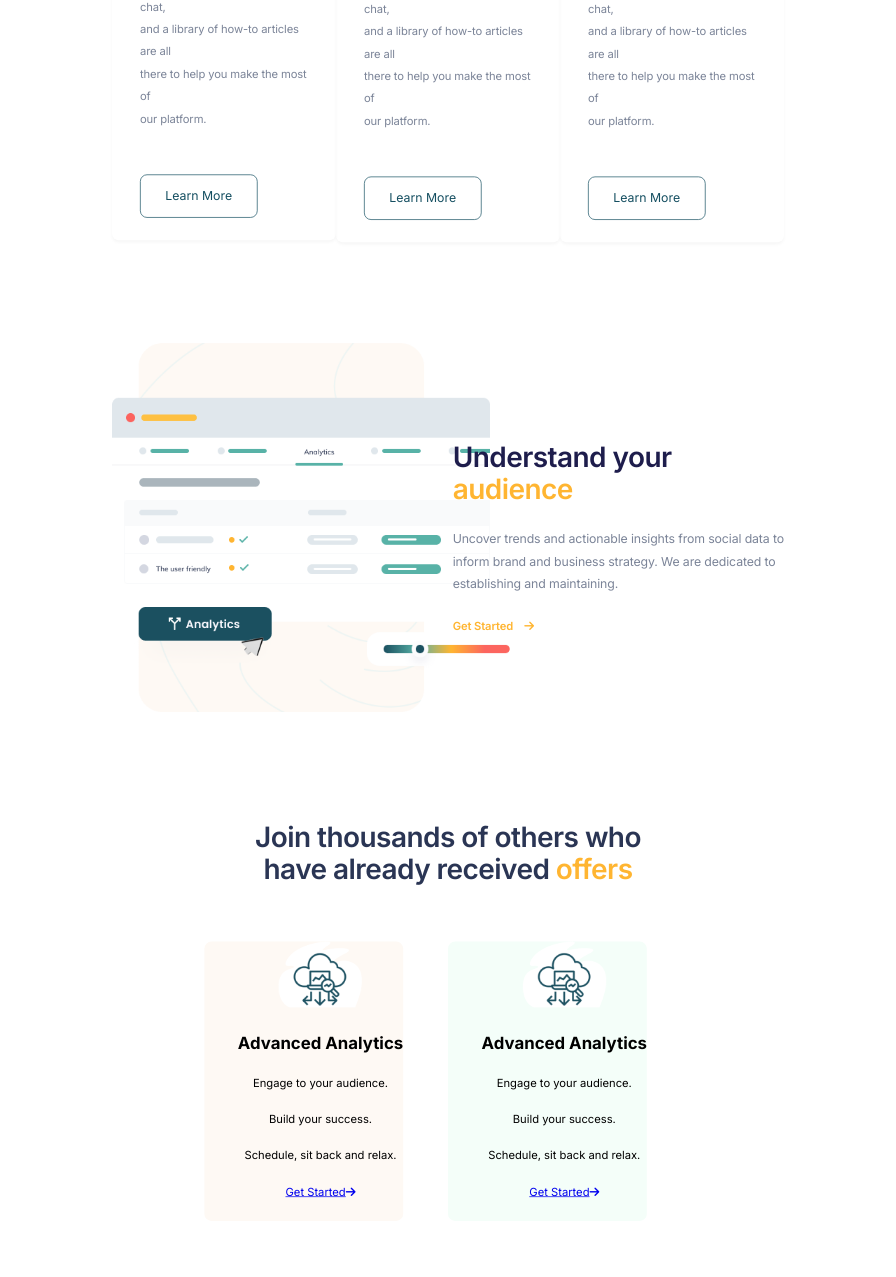
Repository: badhon252/Clickbay
Page: index.html
The author's editor kept a copy of each file at every save. The page is drawn from the files as they stood at one save, then again after the next save.
The browser window is 1280 px wide. The pictures show the part of the page from y = 1703 to 3623 px (the page is 3527 px tall before and 3623 px after), at 70% of full size.
The style sheet was rebuilt from its Sass, Less or Tailwind sources for each picture, by a compiler version that may differ from the author's.

Above is the page before, as saved 2022-09-05 03:19:06.

### index.html
<!DOCTYPE html>
<html lang="en">

<head>
    <meta charset="UTF-8">
    <meta http-equiv="X-UA-Compatible" content="IE=edge">
    <meta name="viewport" content="width=device-width, initial-scale=1.0">
    <!-- fontawesome cdn  -->
    <link rel="stylesheet" href="https://cdnjs.cloudflare.com/ajax/libs/font-awesome/6.2.0/css/all.min.css">
    <link rel="stylesheet" href="./scss/style.css">
    <title>Clickbay</title>
</head>

<body>
    <header class="">
        <img src="./images/Group 676.svg" alt="" class="header-img">
        <div class="container">


            <nav class="navbar">
                <div class="navbar_brand">
                    <img src="./images/logo.svg" alt="Image not found!">
                </div>

                <ul class="nav">
                    <li class="nav-items"><a href="" class="nav-links">Solutions</a></li>
                    <li class="nav-items"><a href="" class="nav-links">Company</a></li>
                    <li class="nav-items"><a href="" class="nav-links">Platform</a></li>
                </ul>

                <div class="nav-btns">
                    <button class="btn nav-log">Log in</button>
                    <button class="btn nav-start">Get Started</button>
                </div>
            </nav>

            <div class="header-content">
                <h1 class="h1 my-4 text-center">
                    Perfect media with <br> perfect Partner , we!!
                </h1>
                <img src="./images/Vector 735.png" alt="" class="signature text-center">
                <p class="text-center">Collaborate with your clients and teams to plan, post, and measure.</p>

                <div class="company-stat">
                    <div class="row">
                        <div class="col-md-4">
                            <img src="./images/Group 689.png" class="" alt="">
                        </div>
                        <div class="col-md-4 subscriber">
                            <span class="">+99</span>
                            <div>
                                <h2>People subscribed today</h2>
                                <img src="./images/Group 678.png" alt="">
                            </div>
                        </div>
                        <div class="col-md-4 follow">
                            <div class="follower">

                                <img src="./images/Group 1037.svg" alt="">
                                <div>
                                    <h3>2.938</h3>
                                    <p>Followers gained after this post</p>
                                </div>
                            </div>
                            <div class="following">
                                <img src="./images/Group 1041.svg" alt="">
                            </div>
                        </div>
                    </div>
                </div>

                <img src="./images/Group 933.png" alt="" class="group-933">

            </div>
        </div>
    </header>

    <section class="second_section container">
        <h2 class="h2 my-3">
            Streamline your social media <br> management <span> workflow.</span>
        </h2>
        <div class="row">

            <div class="card">
                <img src="./images/Show.svg" class="my-1" alt="">
                <h3 class="my-1">Post review</h3>
                <p class="my-1">Regular training webinars, live chat, <br> and a library of how-to articles are all<br>
                    there to help
                    you make
                    the most of<br> our platform.</p><button class="btn">
                    <a href="#">Learn More</a>
                </button>
            </div>

            <div class="card">
                <img src="./images/Category.svg" class="my-1" alt="">
                <h3 class="my-1">Smart Queues</h3>
                <p class="my-1">Regular training webinars, live chat, <br> and a library of how-to articles are all<br>
                    there to help
                    you make
                    the most of<br> our platform.</p><button class="btn">
                    <a href="#">Learn More</a>
                </button>
            </div>

            <div class="card">
                <img src="./images/Chart.svg" class="my-1" alt="">
                <h3 class="my-1">Smart Queues</h3>
                <p class="my-1">Regular training webinars, live chat, <br> and a library of how-to articles are all<br>
                    there to help
                    you make
                    the most of<br> our platform.</p><button class="btn">
                    <a href="#">Learn More</a>
                </button>
            </div>

        </div>

    </section>

    <section class="third_section container">
        <div class="row my-5">
            <div class="col-md-6"><img src="./images/Group 703.png" alt=""></div>
            <div class="col-md-6 third_section_texts">
                <h2 class="my-2">Understand your <br> <span> audience</span> </h2>
                <p>Uncover trends and actionable insights from social data to <br>inform brand and business strategy.
                    We are
                    dedicated to
                    <br>establishing and maintaining.
                </p>
                <div class="my-2">
                    <a href="#">Get Started<i class="fa-solid fa-arrow-right"></i></a>
                </div>
            </div>
        </div>
    </section>

    <section class="fourth_section container">
        <h1 class="my-3">Join thousands of others who <br> have already received <span> offers</span> </h1>
        <div class="row my-5">
            <div class="col-md-6 card analytics">
                <img src="./images/Group 951.png" alt="">
                <h2 class="my-2">
                    Advanced Analytics
                </h2>
                <p class="my-2">Engage to your audience.</p>
                <p class="my-2">Build your success.</p>
                <p class="my-2">Schedule, sit back and relax.</p>

                <div class="my-2">
                    <a href="#">Get Started<i class="fa-solid fa-arrow-right"></i></a>
                </div>
            </div>
            <div class="col-md-6 card ideas">
                <img src="./images/Group 951.png" alt="">
                <h2 class="my-2">
                    Advanced Analytics
                </h2>
                <p class="my-2">Engage to your audience.</p>
                <p class="my-2">Build your success.</p>
                <p class="my-2">Schedule, sit back and relax.</p>

                <div class="my-2">
                    <a href="#">Get Started<i class="fa-solid fa-arrow-right"></i></a>
                </div>
            </div>
        </div>
    </section>
</body>

</html>

### scss/style.scss
@import url("https://fonts.googleapis.com/css2?family=Inter:wght@400;600;700;800;900&display=swap");
* {
  margin: 0;
  padding: 0;
  box-sizing: border-box;
  font-family: "Inter", sans-serif;
  // font-family: 'Poppins';
}
.container {
  margin: 0 10rem;
}
.btn {
  outline: none;
  border: none;
  padding: 15px 30px;
  font-size: 1rem;
  background-color: transparent;
  cursor: pointer;
}
.h1 {
  font-size: 4rem;
}
.text-center {
  text-align: center;
}
// margin
.my-1 {
  margin: 1rem 0;
}
.my-2 {
  margin: 2rem 0;
}
.my-3 {
  margin: 3rem 0;
}
.my-4 {
  margin: 4rem 0;
}
.my-5 {
  margin: 5rem 0;
}

span {
  color: #ffb531;
}
// grid system using flex
.row {
  display: flex;
  justify-content: space-between;
  max-width: 100%;
  .col-md-6 {
    max-width: 50%;
  }
}
//==============================
//===================
//==============================

header {
  .row {
    display: flex;
    justify-content: space-evenly;
    align-items: center;
  }
  background-color: #fdf9f4;
  min-height: 100vh;
  position: relative;
  overflow: hidden;

  .header-img {
    position: absolute;
    bottom: 0;
    right: 0;
    z-index: 1;
    width: 100%;
  }
  .navbar {
    color: #282b4d;
    padding: 2rem 0;
    display: flex;
    justify-content: space-between;
    align-items: center;
    font-weight: 500;
    .nav {
      display: flex;
      .nav-items {
        margin-left: 3rem;
        list-style-type: none;
        .nav-links {
          text-decoration: none;
          color: black;
          font-size: 1.1rem;
          font-weight: 500;
        }
      }
    }

    .nav-start {
      border: 1px solid #1a5365;
      box-shadow: 0px 25px 35px -20px rgba(232, 236, 243, 0.5);
      border-radius: 10px;
      color: #154f61;
      font-weight: 600;
      margin-left: 10px;
    }
  }

  .header-content {
    .h1 {
      font-weight: 800;
      margin-bottom: -0.6rem;
      color: #12163c;
    }
    .signature {
      display: block;
      margin: 0 auto;
      transform: translateX(217px);
    }
    p {
      font-size: 1.2rem;
      font-weight: 500;
      line-height: 27px;
      color: #12163c94;
    }

    .company-stat {
      transform: translateY(-120px);
      .subscriber {
        display: flex;
        align-items: center;
        background-color: #fff;
        padding: 1.5rem;
        border-radius: 22px;
        span {
          font-weight: 600;
          font-size: 40px;
          line-height: 60px;
          background-color: #fef9f4;
          color: #ffb531;
          padding: 10px;
          border-radius: 15px;
          margin-right: 1.5rem;
        }
        h2 {
          font-size: 1.1rem;
          font-weight: 600;
          padding-bottom: 1rem;
        }
      }

      .follow {
        position: relative;
        z-index: 11;

        .follower {
          display: flex;
          align-items: center;
          background-color: #fff;
          padding: 1.5rem;
          border-radius: 22px;
          img {
            padding-right: 1rem;
          }
          h3 {
            font-size: 1.1rem;
          }
          p {
            font-size: 14px;
          }
        }
        .following {
          position: absolute;
          top: 42px;
          right: -70px;
        }
      }
    }

    .group-933 {
      position: relative;
      margin: 0 auto;
      top: -240px;
      display: block;
      z-index: 9999;
    }
  }
}

.second_section {
  padding: 4rem 0;
  .row {
    display: flex;
    justify-content: space-between;
    align-items: center;
  }
  h2 {
    font-size: 2.5rem;
    font-weight: 600;
    span {
      color: #ffb531;
    }
  }

  .card {
    padding: 1rem 2.5rem;
    border-radius: 10px;

    box-shadow: rgba(0, 0, 0, 0.04) 0px 3px 5px;
    &:hover {
      box-shadow: rgba(17, 17, 26, 0.05) 0px 4px 16px,
        rgba(17, 17, 26, 0.05) 0px 8px 32px;
    }
    img {
      background-color: #336675;
      padding: 1rem;
      border-radius: 50%;
    }

    h3 {
      font-size: 1.4rem;
      font-weight: 600;
      line-height: 29px;
    }

    p {
      line-height: 32px;
      letter-spacing: -0.01em;
      color: #7b8498;
      margin-bottom: 3rem;
    }

    .btn {
      border: 1px solid #1a5365;
      border-radius: 10px;
      padding: 15px 35px;
      margin: 1rem 0;
      // display: none;

      &:hover {
        background-color: #000;
      }
      &:hover a {
        background-color: #000;
        color: #fff;
      }
      a {
        text-decoration: none;
        color: #154f61;
        line-height: 30px;
        font-size: 1.1rem;
        &:hover {
          background-color: #000;
          color: #fff;
        }
      }
    }
    // &:hover .btn {
    //   display: block;
    // }
  }
}

.third_section {
  overflow: hidden;

  h2 {
    color: #1e1d4c;
    font-weight: 600;
    font-size: 2.5rem;
    line-height: 46px;

    /* or 128% */
    letter-spacing: -0.02em;
  }
  p {
    font-size: 1.1rem;
    line-height: 32px;
    letter-spacing: -0.01em;
    color: #7b8498;
  }

  a {
    font-weight: 600;
    font-size: 16px;
    line-height: 24px;
    letter-spacing: -0.01em;
    color: #ffb531;
    text-decoration: none;
    &:hover {
      color: #ffa200;
      text-decoration: underline;
    }
    i {
      margin: 0 1rem;
    }
  }

  .third_section_texts {
    align-self: center;
  }
}

.fourth_section {
  text-align: center;
  h1 {
    font-weight: 600;
    font-size: 2.5rem;
    line-height: 46px;
    text-align: center;
    letter-spacing: -0.02em;
    color: #2a3554;
  }
  .row {
    justify-content: center;
    .card {
      margin-right: 4rem;
      padding-inline-start: 3rem;
    }
    .analytics {
      background: #fef9f4;
      border-radius: 10px;
    }
    .ideas {
      background: #f4fef9;
      border-radius: 10px;
    }
  }
}

After the next save:
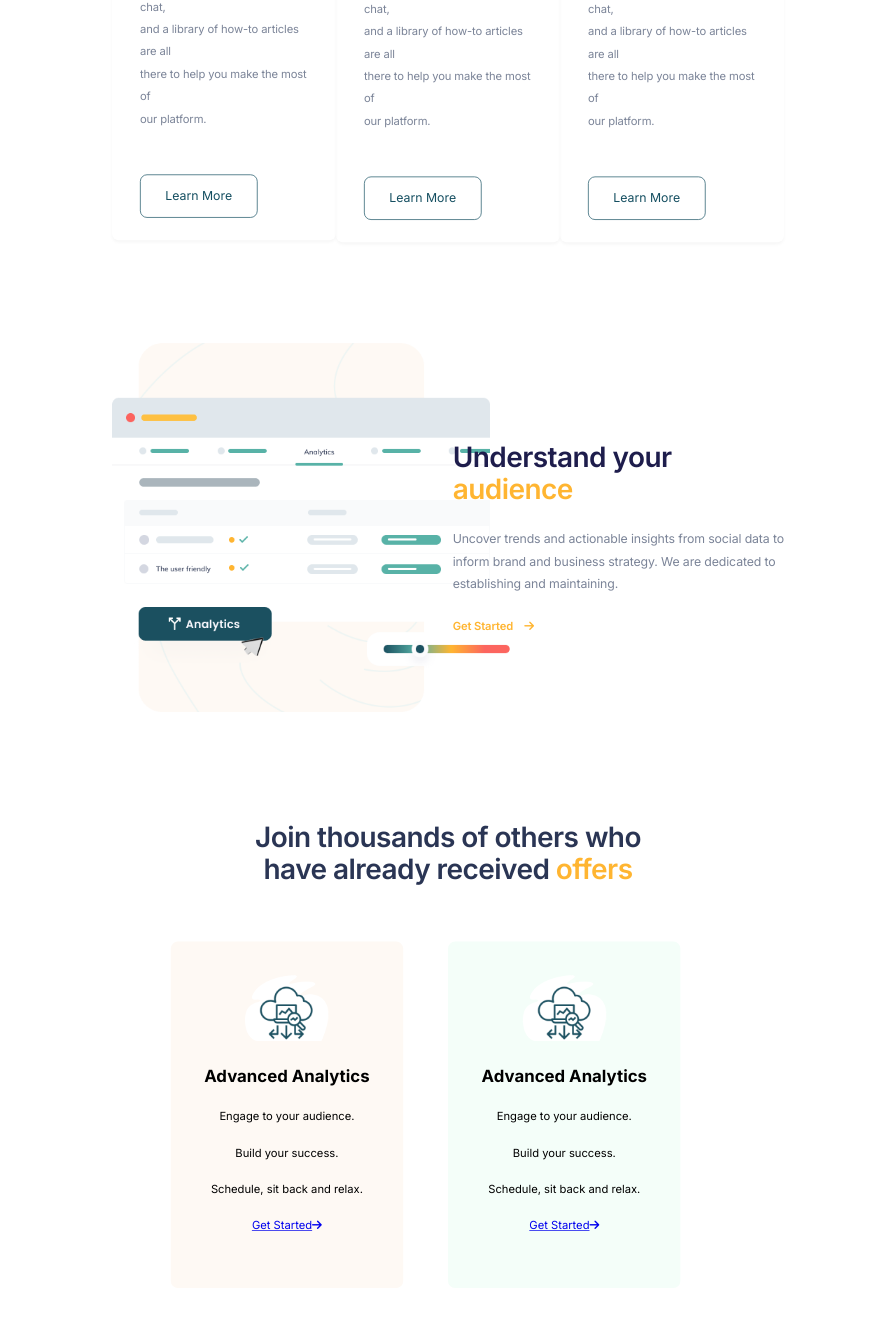
Saved 47 s later.
--- a/scss/style.scss
+++ b/scss/style.scss
@@ -314,7 +314,7 @@ header {
     justify-content: center;
     .card {
       margin-right: 4rem;
-      padding-inline-start: 3rem;
+      padding: 3rem;
     }
     .analytics {
       background: #fef9f4;
